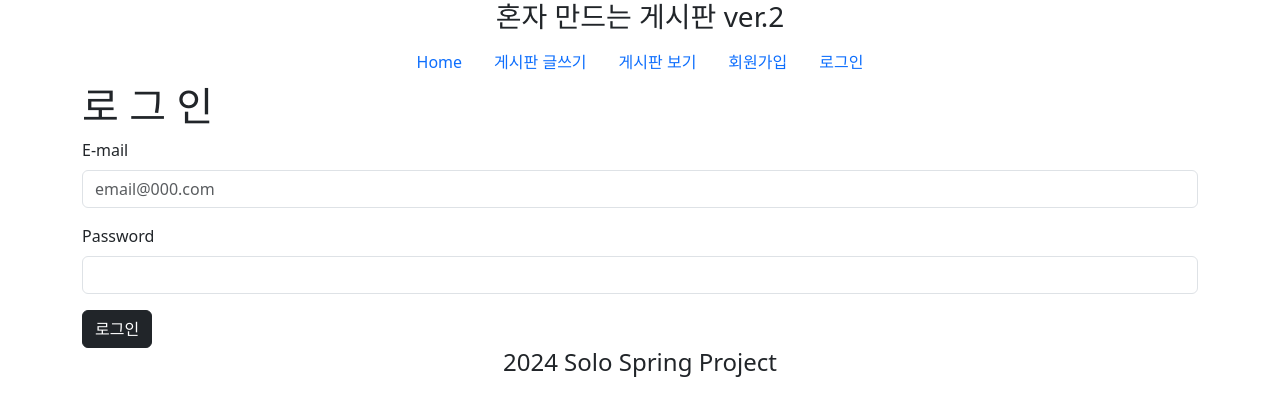
Repository: nefer2/Spring_test
Page: http://localhost/spring_test7/WEB-INF/views/member/login.jsp
These files come from the project's save history. The page is drawn as it stood at one moment and after a run of saves; the edit follows.
The browser window is 1280 px wide. The pictures show the whole page.
The page is served by Tomcat 9. Nobody is signed in. Other server files are loaded and not shown. The template is opened directly, without the code that normally fills it, so the values that code supplies are empty.

Above is the page before, as saved 2024-01-19 05:42:27.

### spring_test7/src/main/webapp/WEB-INF/views/member/login.jsp
<%@ page language="java" contentType="text/html; charset=UTF-8"
    pageEncoding="UTF-8"%>
<%@ taglib uri="http://java.sun.com/jsp/jstl/core" prefix="c" %>

<jsp:include page="../layout/header.jsp"></jsp:include>
<jsp:include page="../layout/navbar.jsp"></jsp:include>

<div class="container-md">
<h1>로  그  인</h1>

<form action="/member/login" method="post">
<div class="mb-3">
  <label for="email" class="form-label">E-mail</label>
  <input type="email" name="email" class="form-control" id="email" placeholder="email@000.com">
</div>
<div class="mb-3">
  <label for="password" class="form-label">Password</label>
  <input type="password" name="pwd" class="form-control" id="pwd">
</div>

<c:if test="${not empty param.errMsg }">
	<div class="mb-3 text-danger">
		<c:choose>
			<c:when test="${errMsg eq 'Bad credentials' }">
				<c:set value="이메일 & 비밀번호가 일치하지 않습니다." var="errText"></c:set>
			</c:when>
			<c:otherwise>
				<c:set value="관리자에게 문의해주세요." var="errText"></c:set>
			</c:otherwise>
		</c:choose>
		${errText }
	</div>
</c:if>

<button type="submit" class="btn btn-dark" >로그인</button>
</form>
</div>


<jsp:include page="../layout/footer.jsp"></jsp:include>

### spring_test7/src/main/webapp/WEB-INF/views/layout/header.jsp
<%@ page language="java" contentType="text/html; charset=UTF-8"
    pageEncoding="UTF-8"%>
<!DOCTYPE html>
<html>
<head>
<h3 style="text-align: center;">혼자 만드는 게시판 ver.2</h3>
</head>

### spring_test7/src/main/webapp/WEB-INF/views/layout/navbar.jsp
<%@ page language="java" contentType="text/html; charset=UTF-8"
    pageEncoding="UTF-8"%>


<script src="https://cdn.jsdelivr.net/npm/bootstrap@5.3.1/dist/js/bootstrap.bundle.min.js" integrity="sha384-HwwvtgBNo3bZJJLYd8oVXjrBZt8cqVSpeBNS5n7C8IVInixGAoxmnlMuBnhbgrkm" crossorigin="anonymous"></script>
<link href="https://cdn.jsdelivr.net/npm/bootstrap@5.3.1/dist/css/bootstrap.min.css" rel="stylesheet" integrity="sha384-4bw+/aepP/YC94hEpVNVgiZdgIC5+VKNBQNGCHeKRQN+PtmoHDEXuppvnDJzQIu9" crossorigin="anonymous">


<ul class="nav justify-content-center">

  <li class="nav-item">
    <a class="nav-link active" aria-current="page" href="/">Home</a>
  </li>
  <li class="nav-item">
    <a class="nav-link" href="/board/register">게시판 글쓰기</a>
  </li>
  <li class="nav-item">
    <a class="nav-link" href="/board/list">게시판 보기</a>
  </li>
    <li class="nav-item">
    <a class="nav-link" href="/member/register">회원가입</a>
  </li>
    <li class="nav-item">
    <a class="nav-link" href="#">로그인</a>
  </li>
</ul>

### spring_test7/src/main/webapp/WEB-INF/views/layout/footer.jsp
<%@ page language="java" contentType="text/html; charset=UTF-8"
    pageEncoding="UTF-8"%>




<div><h4 style="text-align: center;">2024 Solo Spring Project</h4></div>

</body>
</html>

After the next 2 saves:
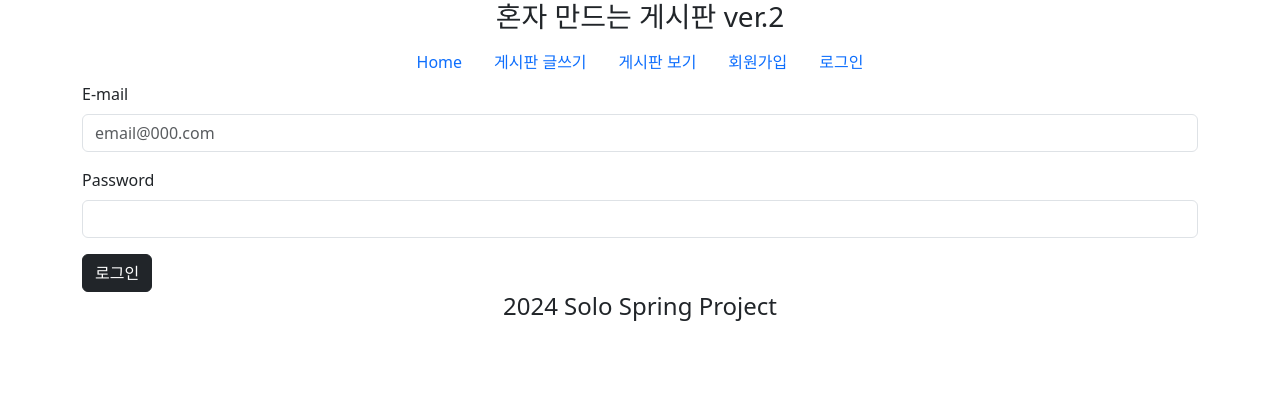
The 2 saves are shown as one change because they came seconds apart.
The last was saved 5 s later.
--- a/spring_test7/src/main/webapp/WEB-INF/views/member/login.jsp
+++ b/spring_test7/src/main/webapp/WEB-INF/views/member/login.jsp
@@ -6,8 +6,6 @@
 <jsp:include page="../layout/navbar.jsp"></jsp:include>
 
 <div class="container-md">
-<h1>로  그  인</h1>
-
 <form action="/member/login" method="post">
 <div class="mb-3">
   <label for="email" class="form-label">E-mail</label>
